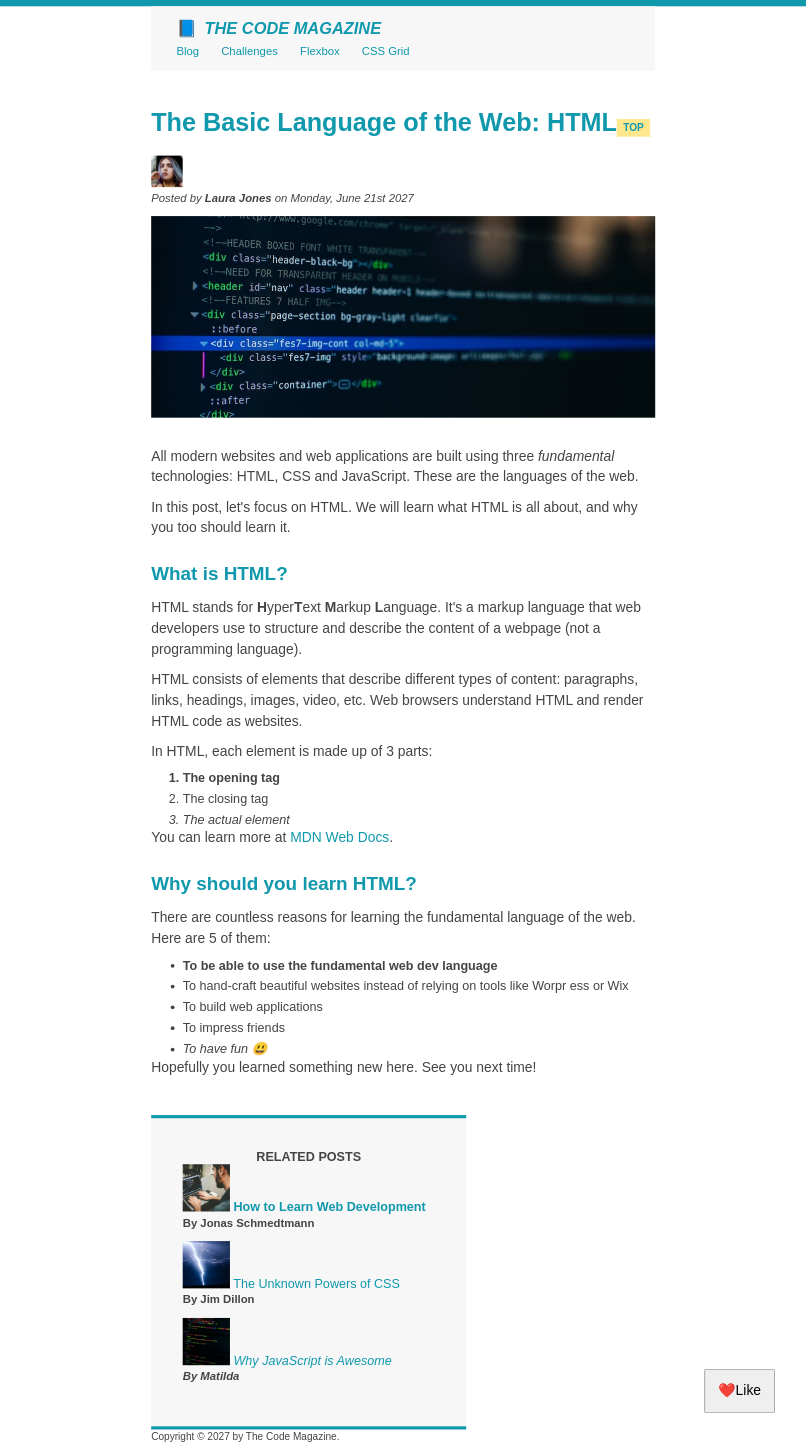
Repository: sunny070/CSS
Page: #1/index.html
These files come from the project's save history. The page is drawn as it stood at one moment and after a run of saves; the edit follows.
The browser window is 1280 px wide. The pictures show the whole page, at 63% of full size.

Above is the page before, as saved 2023-11-06 13:08:57.

### #1/index.html
<!DOCTYPE html>
<html lang="en">
  <head>
    <meta charset="UTF-8" />
    <title>The Basic Language of the Web: HTML</title>
    <link rel="stylesheet" href="style.css">
  </head>

  <body>
    <!--
    <h1>The Basic Language of the Web: HTML</h1>
    <h2>The Basic Language of the Web: HTML</h2>
    <h3>The Basic Language of the Web: HTML</h3>
    <h4>The Basic Language of the Web: HTML</h4>
    <h5>The Basic Language of the Web: HTML</h5>
    <h6>The Basic Language of the Web: HTML</h6>
    -->
<div class="container">
    <header class="main-header">
      <h1>📘 The Code Magazine</h1>

      <nav>
        <a href="blog.html">Blog</a>
        <a href="#">Challenges</a>
        <a href="#">Flexbox</a>
        <a href="#">CSS Grid</a>
      </nav>
    </header>

    <article>
      <!-- <p>Test</p> -->
      <header class="post-header">
        <h2>The Basic Language of the Web: HTML</h2>

        <img
          src="img/laura-jones.jpg"
          alt="Headshot of Laura Jones"
          height="50"
          width="50"

        />

        <p id="author">Posted by <strong>Laura Jones</strong> on Monday, June 21st 2027</p>

        <img
          src="img/post-img.jpg"
          alt="HTML code on a screen"
          width="500"
          height="200"
          class="post-img"
        />
  <button class="">❤️Like</button>

      </header>

      <p>
        All modern websites and web applications are built using three
        <em>fundamental</em>
        technologies: HTML, CSS and JavaScript. These are the languages of the
        web.
      </p>

      <p>
        In this post, let's focus on HTML. We will learn what HTML is all about,
        and why you too should learn it.
      </p>

      <h3>What is HTML?</h3>
      <p>
        HTML stands for <strong>H</strong>yper<strong>T</strong>ext
        <strong>M</strong>arkup <strong>L</strong>anguage. It's a markup
        language that web developers use to structure and describe the content
        of a webpage (not a programming language).
      </p>
      <p>
        HTML consists of elements that describe different types of content:
        paragraphs, links, headings, images, video, etc. Web browsers understand
        HTML and render HTML code as websites.
      </p>
      <p>In HTML, each element is made up of 3 parts:</p>

      <ol>
        <li class="first-li">The opening tag</li>
        <li>The closing tag</li>
        <li>The actual element</li>
      </ol>

      <p>
        You can learn more at
        <a
          href="https://developer.mozilla.org/en-US/docs/Web/HTML"
          target="_blank"
          >MDN Web Docs</a
        >.
      </p>

      <h3>Why should you learn HTML?</h3>

      <p>
        There are countless reasons for learning the fundamental language of the
        web. Here are 5 of them:
      </p>

      <ul>
        <li class="first-li">To be able to use the fundamental web dev language</li>
        <li>
          To hand-craft beautiful websites instead of relying on tools like
          Worpr ess or Wix
        </li>
        <li>To build web applications</li>
        <li>To impress friends</li>
        <li>To have fun 😃</li>
      </ul>

      <p>Hopefully you learned something new here. See you next time!</p>
    </article>

    <aside>
      <h4>Related posts</h4>

      <ul class="related">
        <li>
          <img
            src="img/related-1.jpg"
            alt="Person programming"
            width="75"
            width="75"
          />
          <a href="#">How to Learn Web Development</a>
          <p class="related-author">By Jonas Schmedtmann</p>
        </li>
        <li>
          <img src="img/related-2.jpg" alt="Lightning" width="75" heigth="75" />
          <a href="#">The Unknown Powers of CSS</a>
          <p class="related-author">By Jim Dillon</p>
        </li>
        <li>
          <img
            src="img/related-3.jpg"
            alt="JavaScript code on a screen"
            width="75"
            height="75"
          />
          <a href="#">Why JavaScript is Awesome</a>
          <p class="related-author">By Matilda</p>
        </li>
      </ul>
    </aside>

    <footer> <p id="copyright" class="copyright text">Copyright &copy; 2027 by The Code Magazine.</p> </footer>
  </div>
  </body>
</html>

### #1/style.css
*{
    margin:0;
    padding:0;
    box-sizing: border-box;

}

/* PAGE SECTION */
body{
    /* color:red; */
    color:#444;
    font-family: sans-serif;
    border-top:10px solid #1098ad;
    position: relative;

}
.container{
    width: 800px;
    /* margin-left: auto;
    margin-right: auto; */
    margin:0 auto;
    /* position: relative; */

}
.main-header{
    background-color:#f7f7f7 ;
    /* padding: 20px;
    padding-left: 40px;
    padding-right:40px; */
    padding:20px 40px;
    margin-bottom:60px;
    /* height:80px; */
}
nav {
    font-size: 18px;
    }

article{
    margin-bottom:60px;
}



.post-header{
    margin-bottom:40px;
    /* position: relative; */

}
aside{
    background-color:#f7f7f7;
    border-top: 5px solid #1098ad;
    border-bottom: 5px solid #1098ad;
    /* padding-top:50px;
    padding-bottom:50px; */
    padding: 50px 0;
    width:500px;

}
/* SMALLER ELEMENTS */
h1,h2,h3{
    color:#1098ad;
}

h1{

    font-size: 26px;

    text-transform: uppercase;
    font-style: italic;

}
h2{
    font-size: 40px;
    margin-bottom:30px;
    position:relative;

}
h2::after{
    content:"TOP";
    background-color:#ffe78e;
    font-size:16px;
    font-weight:bold;
    display: inline-block;
    padding:5px 10px;
    post

}
h3{
    font-size: 30px;
    margin-bottom:20px;
    margin-top:40px;

}
h4{
    font-size:20px;
    font-family:sans-serif;
    text-transform: uppercase;
    text-align: center;
}
p{
    font-size: 22px;
    /* display:inline ; */
    line-height: 1.5;
    margin-bottom:15px;
}

ul,ol{
    margin-left:50px;
}
li{
    /* display:inline ; */
    font-size: 20px;
    margin-bottom:10px ;
}
li:last-child{
    margin-bottom: 0;
}
/* footer p{
    font-size:16px ;
} */

/* article header p{
    font-style: italic;
} */

#author{
    font-style: italic;
    font-size: 18px;
}
#copyright{
    font-size :16px;
}

.related-author{
    font-size:18px;
    font-weight:bold;
}
/* ul{
  list-style: none;
} */

.related{
    list-style: none;
}


/* .first-li{
    font-weight: bold;
} */
li:first-child{
    font-weight: bold;
}

li:last-child{
    font-style: italic;
}
li:nth-child(even){
    /* color:red; */
}

/* Misconception this won't work */
article p:first-child{
    color:red;
}

/* Style Links */
a:link{
    color:#1098ad;
    text-decoration: none;
}
a:visited{
    /* color:#777;
     */
     color: #1098ad;
}
a:hover{
    cursor: pointer;
    color:orange;
    font-weight: bold;
    text-decoration: underline orangered;
}
a:active{
    background-color:black;
    font-style: italic;
}
/* LVHA */

.post-img{
    width:100%;
    height: auto;
    /* margin: 100px; */
}
nav a:link{
    /* background-color: orangered;
    margin: 20px;
    padding: 20px;
    display: block; */
    margin-right:30px ;
    margin-top:10px;
    display: inline-block;
}
nav a:link:last-child{
    margin-right: 0;
}
button{
    font-size: 22px;
    padding: 20px;
    cursor:pointer;
    position: absolute;
    /* top: 50px;
    left: 50px; */
    bottom: 50px;
    right: 50px;
}
h1::first-letter{
    font-style:normal;
    margin-right:5px;
}
h3 + p::first-line{
    /* color:red;  */
}


/* resolving conflicts */
/* #copyright{
    color:red;
}
.copyright{
    color:blue;
}
.text{
    color:yellow;
}

footer p{
    color: #000;
} */

After the next 2 saves:
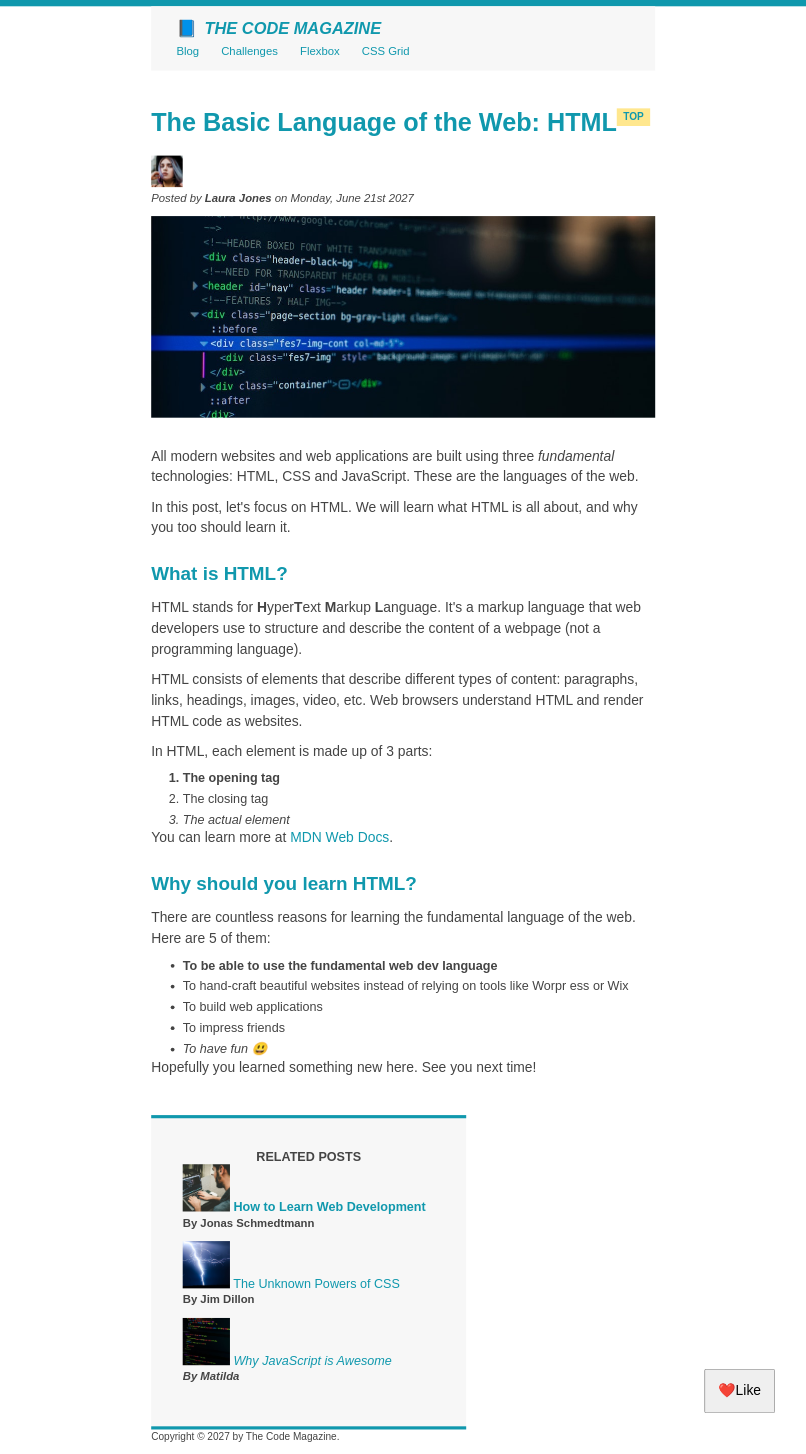
The 2 saves are shown as one change because they came seconds apart.
The last was saved 6 s later.
--- a/#1/style.css
+++ b/#1/style.css
@@ -82,7 +82,7 @@ h2::after{
     font-weight:bold;
     display: inline-block;
     padding:5px 10px;
-    post
+    position:absolute;
 
 }
 h3{
